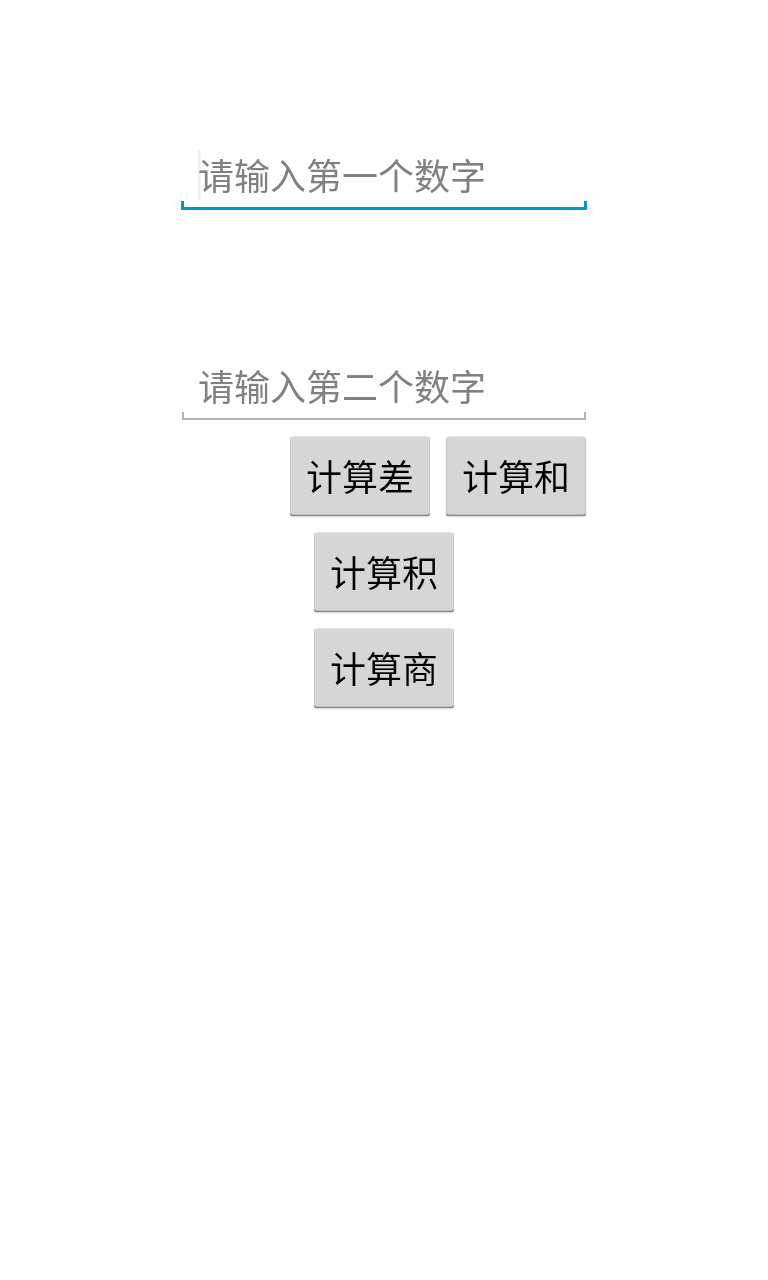
Repository: KungW/windows_learn_java_track
Layout: Caculator/res/layout/activity_main.xml
The author's editor kept a copy of each file at every save. The layout is drawn from the files as they stood at one save, then again after the next save.
It is drawn on a 768 x 1280 px phone screen (xhdpi) without system bars, with theme AppTheme; the app's code is not run.

Above is the layout before, as saved 2016-10-14 07:42:21.

After the next save:
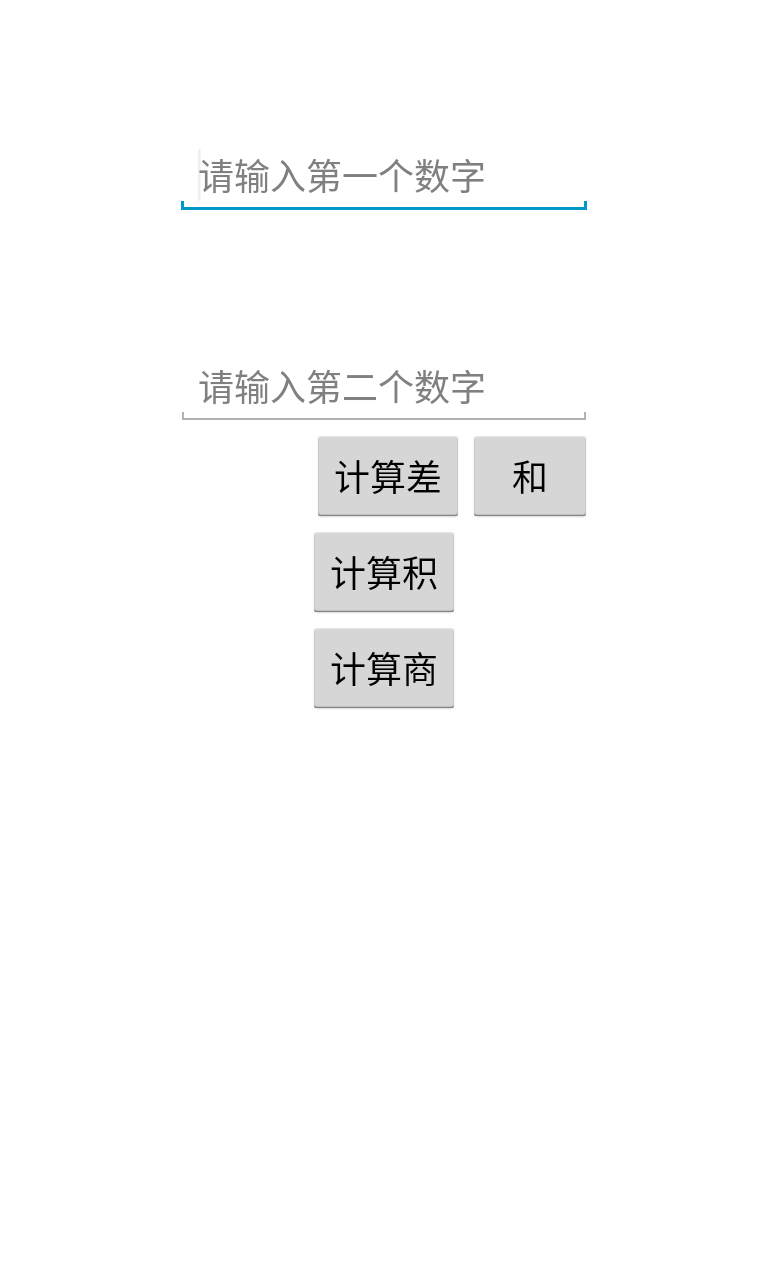
Saved 16 s later.
--- a/Caculator/res/layout/activity_main.xml
+++ b/Caculator/res/layout/activity_main.xml
@@ -24,7 +24,7 @@
         android:layout_height="wrap_content"
         android:layout_below="@+id/editText2"
         android:layout_alignRight="@id/editText2"
-        android:text="计算和" />
+        android:text="和" />
     <Button
         android:id="@+id/button2"
         android:layout_width="wrap_content"
